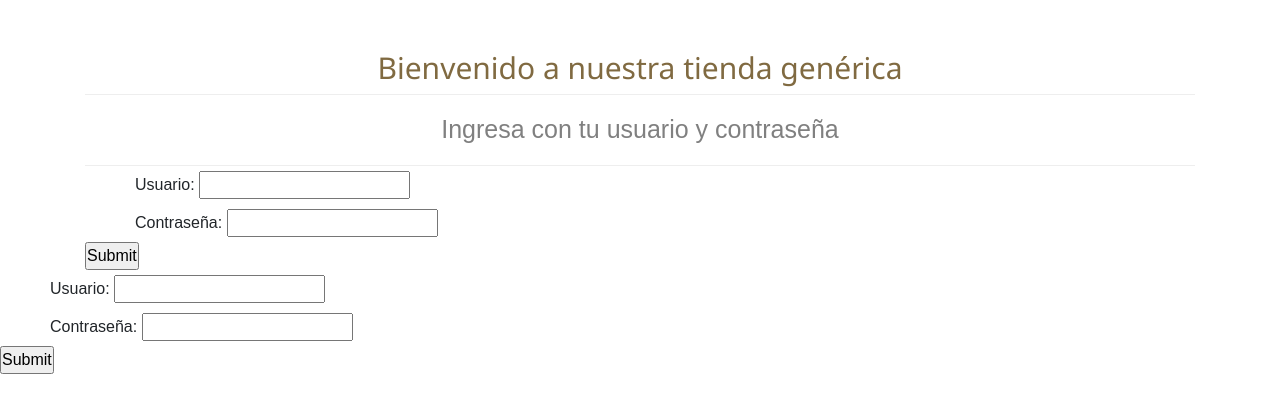
Repository: andresrojas686/tiendaGenericaMintic
Page: primerJSP/src/main/webapp/index.html
An editor plug-in stored every save of this project. The page is shown before and after the next save, followed by the edit.
The browser window is 1280 px wide. The pictures show the whole page.

Above is the page before, as saved 2021-09-15 01:18:41.

### primerJSP/src/main/webapp/index.html
<!DOCTYPE html>
<html>
<head>
<meta charset="ISO-8859-1">
<link rel="stylesheet" href="style/styles.css">
<link rel="stylesheet" href="style/main.css">
<title>Tienda generica</title>
</head>
<body>
	<h1 class="titulo-tienda">Bienvenido a nuestra tienda genérica</h1>
	<section class="main">
        <div class="container">
            <section class="row">
                <div class="col">
                    <div class="border-top border-bottom py-3">
                        <p class="ingresa">Ingresa con tu usuario y contraseña</p>
                    </div>
                    <div>
                        <form action="comprobarUsuario.jsp" method="post">
						<div>
							<label>Usuario: </label>
							<input type="text" name="usuario">
						</div>
						<div>
							<label>Contraseña: </label>
							<input type="password" name="pass">
						</div>
						<div>
							<input type="submit">
						</div>
					</form>
                    </div>
                </div>
            </section>
        </div>
    </section>


	<form action="comprobarUsuario.jsp" method="post">
		<div>
			<label>Usuario: </label>
			<input type="text" name="usuario">
		</div>
		<div>
			<label>Contraseña: </label>
			<input type="password" name="pass">
		</div>
		<div>
			<input type="submit">
		</div>
	</form>
</body>
</html>

### primerJSP/src/main/webapp/style/styles.css
@charset "ISO-8859-1";
*{
    margin: 0;
    padding: 0;
}
.titulo-tienda{
  text-align: center;
  margin-top: 50px;
  font-family: 'Segoe UI', Tahoma, Geneva, Verdana, sans-serif;
  font-size: 30px;
  color: #806a41;
}
.ingresa{
  text-align: center;
  font-size: 25px;
  color: grey;
}
form label{
  margin-left: 50px;
  margin-top: 7px;
  margin-bottom: 7px;
}
.usuario{
  display: flex;
}
form label input{
  flex-wrap: wrap;
  width: 75vw;
  height: 35px;
  font-size: 15px;
  /* border-radius: 5px; */
}

.contenedor-botones{
  margin-top: 20px;
  display: flex;
  width: 100%;
}

.botones-usuario{
  margin: 0 auto;
  width: 150px;
  height: 40px;
  color: white;
  border: 2px solid #806a41;
  background-color: #806a41;
  border-radius: 10px;
}
.botones-usuario a{
  color: white;
}
.botones-usuario:hover{
  background-color: white;
  color: #806a41;
  box-shadow: 3px 3px 3px gray;
}
.enlace-usuario{
  text-align: center;
  padding-top: 5px;
  width: 150px;
  height: 40px;
  color: white;
  border: 2px solid #806a41;
  background-color: #806a41;
  border-radius: 10px;
}
.enlace-usuario:hover{
  text-align: center;
  padding-top: 5px;
  width: 150px;
  height: 40px;
  color: white;
  border: 2px solid #806a41;
  background-color: white;
  color: #806a41;
  border-radius: 10px;
}

Loaded but not shown: primerJSP/src/main/webapp/style/main.css (library)

After the next save:
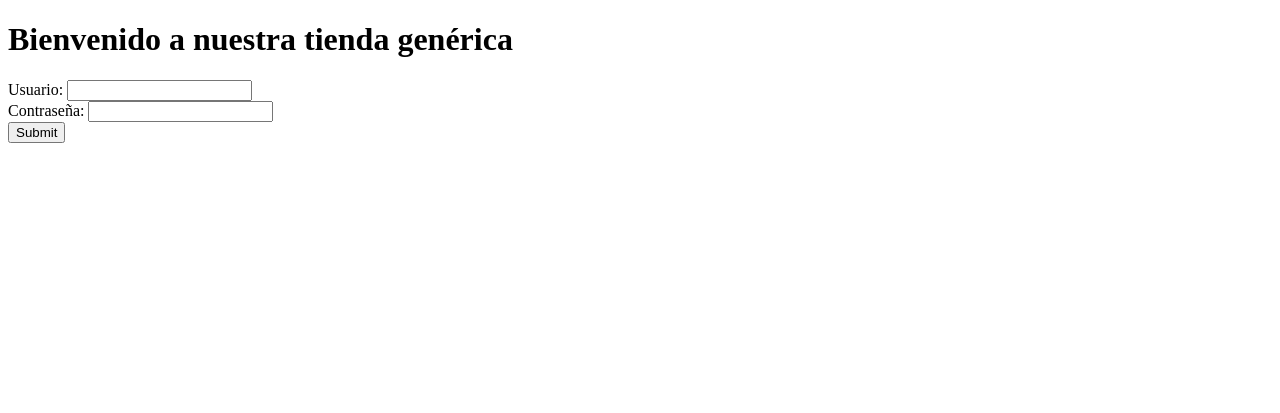
Not found: primerJSP/src/main/webapp/estilos/main.css
Not found: primerJSP/src/main/webapp/style/style.css
Saved 61 s later.
--- a/primerJSP/src/main/webapp/index.html
+++ b/primerJSP/src/main/webapp/index.html
@@ -2,40 +2,12 @@
 <html>
 <head>
 <meta charset="ISO-8859-1">
-<link rel="stylesheet" href="style/styles.css">
-<link rel="stylesheet" href="style/main.css">
+<link rel="stylesheet" href="style/style.css">
+<link rel="stylesheet" href="estilos/main.css">
 <title>Tienda generica</title>
 </head>
 <body>
 	<h1 class="titulo-tienda">Bienvenido a nuestra tienda genérica</h1>
-	<section class="main">
-        <div class="container">
-            <section class="row">
-                <div class="col">
-                    <div class="border-top border-bottom py-3">
-                        <p class="ingresa">Ingresa con tu usuario y contraseña</p>
-                    </div>
-                    <div>
-                        <form action="comprobarUsuario.jsp" method="post">
-						<div>
-							<label>Usuario: </label>
-							<input type="text" name="usuario">
-						</div>
-						<div>
-							<label>Contraseña: </label>
-							<input type="password" name="pass">
-						</div>
-						<div>
-							<input type="submit">
-						</div>
-					</form>
-                    </div>
-                </div>
-            </section>
-        </div>
-    </section>
-
-
 	<form action="comprobarUsuario.jsp" method="post">
 		<div>
 			<label>Usuario: </label>

After the 2 saves that followed:
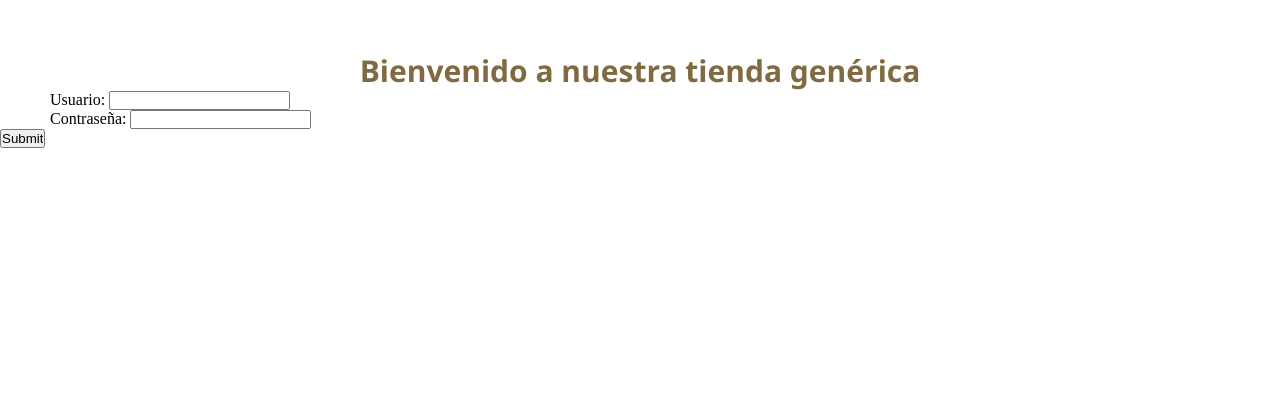
The 2 saves are shown as one change because 1 left the picture as it was.
The last was saved 31 s later.
--- a/primerJSP/src/main/webapp/index.html
+++ b/primerJSP/src/main/webapp/index.html
@@ -2,8 +2,7 @@
 <html>
 <head>
 <meta charset="ISO-8859-1">
-<link rel="stylesheet" href="style/style.css">
-<link rel="stylesheet" href="estilos/main.css">
+<link rel="stylesheet" href="style/styles.css">
 <title>Tienda generica</title>
 </head>
 <body>
